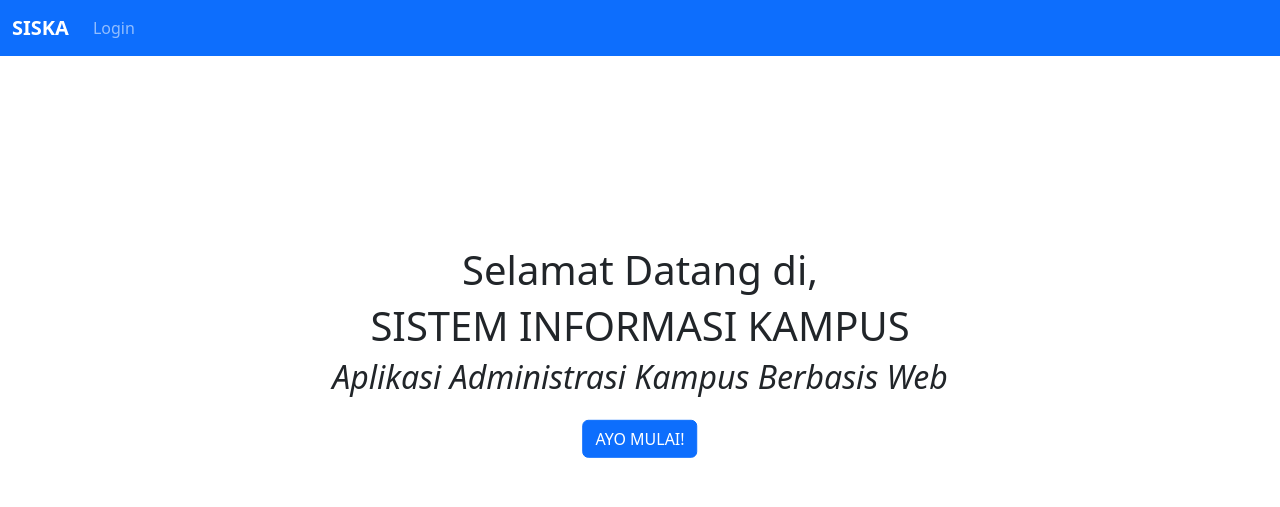
Repository: WiraAtma/administrasi-kampus
Page: http://localhost/
An editor plug-in stored every save of this project. The page is shown before and after a run of saves, followed by the edit.
The browser window is 1280 px wide. The pictures show the whole page.
The page is served by the project's Laravel application, run on PHP 8.4 with Laravel 12.

Above is the page before, as saved 2024-10-25 15:30:59.

After the next 2 saves:
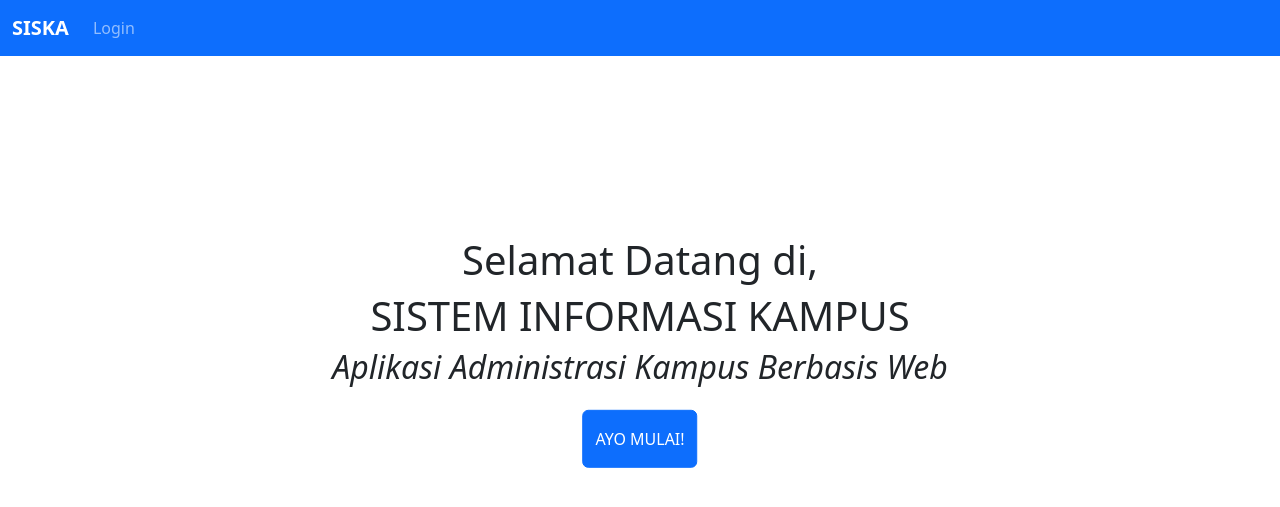
The 2 saves are shown as one change because they came seconds apart.
The last was saved 25 s later.
--- a/resources/views/home.blade.php
+++ b/resources/views/home.blade.php
@@ -8,7 +8,7 @@
         <h1>Selamat Datang di, </h1>
         <h1>SISTEM INFORMASI KAMPUS</h1>
         <h2><i>Aplikasi Administrasi Kampus Berbasis Web</i></h2>
-        <a class="btn btn-primary my-3 " href="">AYO MULAI!</a>
+        <a class="btn btn-primary my-3 py-3" href="">AYO MULAI!</a>
     </div>
 
 </div>
